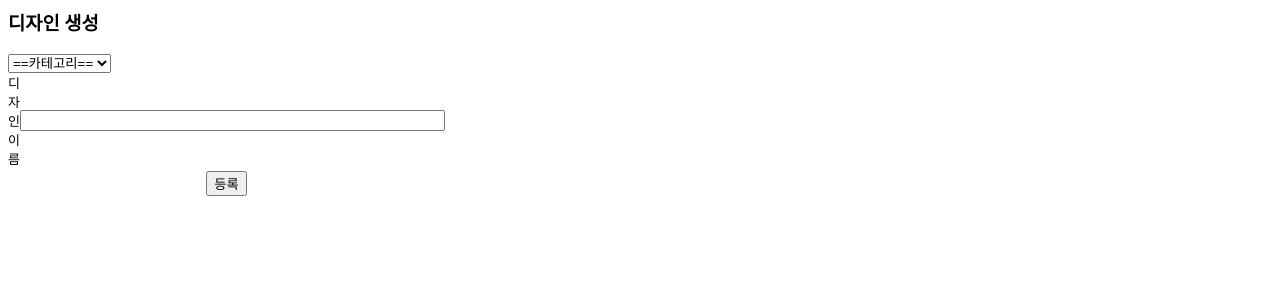
Repository: sjeong12/Photos
Page: http://localhost/LSJ_PHOTO/CustomDesign/addDesign.jsp
An editor plug-in stored every save of this project. The page is shown before and after the next save, followed by the edit.
The browser window is 1280 px wide. The pictures show the whole page.
The page is served by Tomcat 9. Other server files are loaded and not shown.

Above is the page before, as saved 2016-12-07 11:34:52.

### LSJ_PHOTO/WebContent/CustomDesign/addDesign.jsp
<%@ page language="java" contentType="text/html; charset=utf-8" %>
<!DOCTYPE HTML PUBLIC "-//W3C//DTD HTML 4.0 Transitional//EN">
<HTML>
 <HEAD>
  <TITLE>제품 업로드</TITLE>
 </HEAD>

<script language=javascript>
function valid_check()
{
	if (document.frm_d.category.value == "")
	{
		alert("카테고리를 선택하세요");
		document.frm_d.category.focus();
		return false;
	}

	if (document.frm_d.name.value == "")
	{
		alert("디자인 이름을 입력하세요");
		document.frm_d.name.focus();
		return false;
	}

	document.frm_d.submit();
}
 </script>

<h3>디자인 생성</h3>
<BODY>
<FORM NAME = "frm_d" ACTION = "/LSJ_PHOTO/home.jsp?page=CustomDesign/addDesign_ok" METHOD = "post" ENCTYPE="multipart/form-data">
<TABLE WIDTH = "400" BORDER = "0" CellPadding = "0" CellSpacing = "0">
	<TR>
		<TD WIDTH = "40%" ALIGN = "left" COLSPAN = "2">
		<SELECT NAME="category">
        <OPTION VALUE="">==카테고리==</OPTION>
        <OPTION VALUE="1">앨범</OPTION>
        <OPTION VALUE="2">액자</OPTION>
        <OPTION VALUE="3">디자인 소품</OPTION>
        </SELECT>
		</TD>
	</TR>
	<TR>
		<TD WIDTH = "40%" ALIGN = "left"><font size = 2>디자인 이름</font></TD>
		<TD WIDTH = "60%" ALIGN = "left">
			<INPUT TYPE ="text" NAME="name" SIZE = "50" MAXLENGTH = "50">
		</TD>
	</TR>
	<TR>
		<TD WIDTH = "100%" ALIGN = "center" COLSPAN = "2">
		<TABLE>
			<TR>
				<TD WIDTH = "34%" ALIGN = "center">
					<INPUT TYPE = "button" VALUE = "등록" onClick="valid_check()">
				</TD>
			</TR>
		</TABLE>
		</TD>
	</TR>
</TABLE>
</FORM>
</BODY>
</HTML>

After the next save:
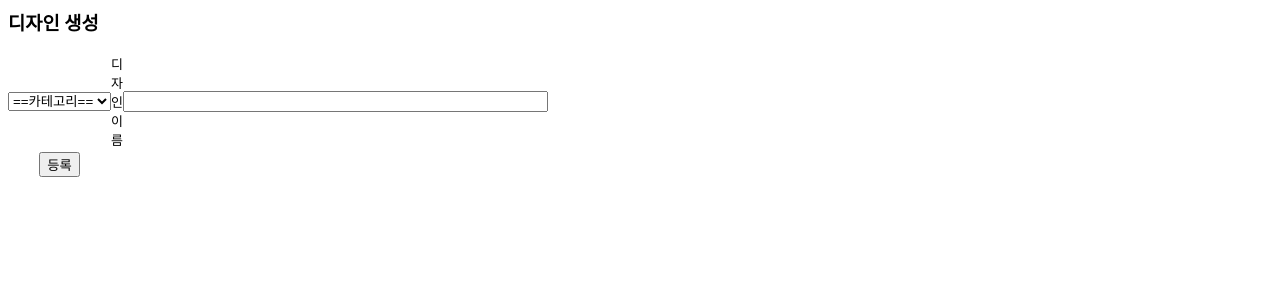
Saved 39 s later.
--- a/LSJ_PHOTO/WebContent/CustomDesign/addDesign.jsp
+++ b/LSJ_PHOTO/WebContent/CustomDesign/addDesign.jsp
@@ -31,7 +31,7 @@ function valid_check()
 <FORM NAME = "frm_d" ACTION = "/LSJ_PHOTO/home.jsp?page=CustomDesign/addDesign_ok" METHOD = "post" ENCTYPE="multipart/form-data">
 <TABLE WIDTH = "400" BORDER = "0" CellPadding = "0" CellSpacing = "0">
 	<TR>
-		<TD WIDTH = "40%" ALIGN = "left" COLSPAN = "2">
+		<TD WIDTH = "30%" ALIGN = "left" COLSPAN = "2">
 		<SELECT NAME="category">
         <OPTION VALUE="">==카테고리==</OPTION>
         <OPTION VALUE="1">앨범</OPTION>
@@ -39,10 +39,9 @@ function valid_check()
         <OPTION VALUE="3">디자인 소품</OPTION>
         </SELECT>
 		</TD>
-	</TR>
-	<TR>
-		<TD WIDTH = "40%" ALIGN = "left"><font size = 2>디자인 이름</font></TD>
-		<TD WIDTH = "60%" ALIGN = "left">
+
+		<TD WIDTH = "30%" ALIGN = "left"><font size = 2>디자인 이름</font></TD>
+		<TD WIDTH = "40%" ALIGN = "left">
 			<INPUT TYPE ="text" NAME="name" SIZE = "50" MAXLENGTH = "50">
 		</TD>
 	</TR>
